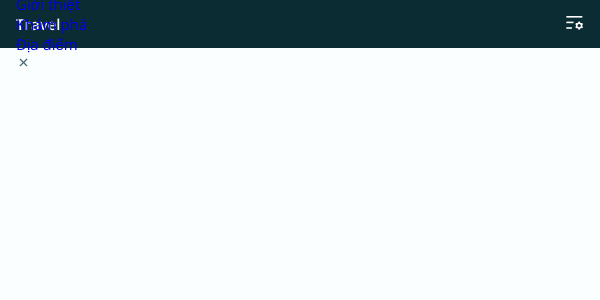
Repository: haokiet2501/travel-demo
Page: index.html
These files come from the project's save history. The page is drawn as it stood at one moment and after the next save; the edit follows.
The browser window is 600 px wide. The pictures show the whole page.

Above is the page before, as saved 2021-09-21 10:07:23.

### index.html
<!DOCTYPE html>
<html lang="en">
<head>
    <meta charset="UTF-8">
    <meta http-equiv="X-UA-Compatible" content="IE=edge">
    <meta name="viewport" content="width=device-width, initial-scale=1.0">
    <link href="https://cdn.jsdelivr.net/npm/remixicon@2.5.0/fonts/remixicon.css" rel="stylesheet">
    <link rel="stylesheet" href="/css/style.css">
    <title>Website Travel</title>
</head>

<body>
    <header class="header" id="header">
        <nav class="nav container">
            <a href="#" class="nav__logo">Travel</a>

            <div class="nav__menu" id="nav-menu">
                <ul class="nav__list">
                    <li class="nav__item">
                        <a href="#home" class="nav__link">Trang chủ</a>
                    </li>
                    <li class="nav__item">
                        <a href="#about" class="nav__link">Giới thiệt</a>
                    </li>
                    <li class="nav__item">
                        <a href="#discover" class="nav__link">Khám phá</a>
                    </li>
                    <li class="nav__item">
                        <a href="#place" class="nav__link">Địa điểm</a>
                    </li>
                </ul>

                <i class="ri-close-line nav__close" id="nav-close"></i>
            </div>

            <div class="nav__toggle" id="nav-toggle">
                <i class="ri-list-settings-line"></i>
            </div>
        </nav>
    </header>
</body>

</html>

### css/style.css
/* Google Font */
@import url('https://fonts.googleapis.com/css2?family=Open+Sans:wght@400;600&family=Raleway:wght@500;600;700&display=swap');

/* Variables css */
:root {
    --header-height: 3rem;

    /* Colors */
    --hue-color: 190;

    /* HSL color mode */
    --first-color: hsl(var(--hue-color), 64%, 12%);
    --first-color-second: hsl(var(--hue-color), 64%, 22%);
    --first-color-alt: hsl(var(--hue-color), 64%, 15%);
    --title-color: hsl(var(--hue-color), 64%, 18%);
    --text-color: hsl(var(--hue-color), 24%, 35%);
    --text-color-light: hsl(var(--hue-color), 8%, 60%);
    --input-color: hsl(var(--hue-color), 24%, 97%);
    --body-color: hsl(var(--hue-color), 100%, 99%);
    --white-color: #FFF;
    --scroll-bar-color: hsl(var(--hue-color), 12%, 90%);
    --scroll-thumb-color: hsl(var(--hue-color), 12%, 75%);

    /* Font and typography */
    --body-font: 'Open Sans', sans-serif;
    --title-font: 'Raleway', sans-serif;
    --biggest-font-size: 2.5rem;
    --h1-font-size: 1.5rem;
    --h2-font-size: 1.25rem;
    --h3-font-size: 1rem;
    --normal-font-size: .938rem;
    --small-font-size: .813rem;
    --smaller-font-size: .75rem;

    /* Font Weight */
    --font-medium: 500;
    --font-semi-bold: 600;

    /* Margin Bottom */
    --mb-0-25: .25rem;
    --mb-0-5: .5rem;
    --mb-0-75: .75rem;
    --mb-1: 1rem;
    --mb-1-25: 1.25rem;
    --mb-1-5: 1.5rem;
    --mb-2: 2rem;
    --mb-2-5: 2.5rem;

    /* Z-index */
    --z-tooltip: 10;
    --z-fixed: 100;

    /* Hover overlay */
    --img-transition: .3s;
    --img-hidden: hidden;
    --img-scale: scale(1.1);
}

@media screen and (min-width: 960px) {
    :root {
        --biggest-font-size: 4rem;
        --h1-font-size: 2.25rem;
        --h2-font-size: 1.75rem;
        --h3-font-size: 1.25rem;
        --normal-font-size: 1rem;
        --small-font-size: .875rem;
        --smaller-font-size: .813rem;
    }
}

/* Base */
* {
    padding: 0;
    margin: 0;
    box-sizing: border-box;
}

html {
    scroll-behavior: smooth;
}

body {
    margin: var(--header-height) 0 0 0;
    font-family: var(--body-font);
    font-size: var(--normal-font-size);
    background-color: var(--body-color);
    color: var(--text-color);
}

h1,h2,h3 {
    color: var(--title-color);
    font-weight: var(--font-semi-bold);
    font-family: var(--title-font);
}

ul {
    list-style: none;
}

a {
    text-decoration: none;
}

img, video {
    max-width: 100%;
    height: auto;
}

button, input {
    border: none;
    font-family: var(--body-font);
    font-size: var(--normal-font-size);
}

button {
    cursor: pointer;
}

input {
    outline: none;
}

/* Reusable css classed */
.section {
    padding: 4.5rem 0 2.5rem;
}

.section__title {
    font-size: var(--h2-font-size);
    color: var(--title-color);
    text-align: center;
    text-transform: capitalize;
    margin-bottom: var(--mb-2);
}

.container {
    max-width: 960px;
    margin-left: var(--mb-1);
    margin-right: var(--mb-1);
}

.grid {
    display: grid;
    gap: 1.5rem;
}

/* HEADER */
.header {
    width: 100%;
    position: fixed;
    top: 0;
    left: 0;
    z-index: var(--z-fixed);
    background-color: var(--first-color);
}

/* NAV */
.nav {
    display: flex;
    justify-content: space-between;
    align-items: center;
    height: var(--header-height);
}

.nav__logo, .nav__toggle {
    color: var(--white-color);
}

.nav__logo {
    font-weight: var(--font-semi-bold);
}

.nav__toggle {
    font-size: 1.2rem;
    cursor: pointer;
}

.nav__menu {
    position: relative;
}

@media screen and (max-width: 767px) {
    .nav__menu {
        position: fixed;
        background-color: ;
    }
}

After the next save:
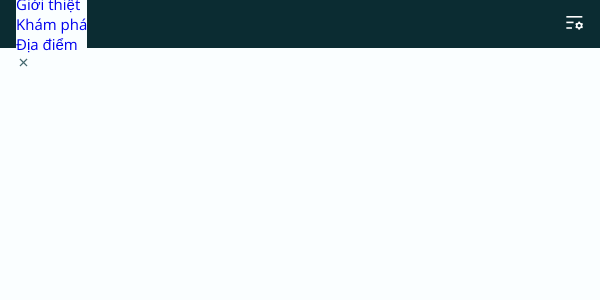
Saved 4 s later.
--- a/css/style.css
+++ b/css/style.css
@@ -182,6 +182,6 @@ input {
 @media screen and (max-width: 767px) {
     .nav__menu {
         position: fixed;
-        background-color: ;
+        background-color: var(--body-color);
     }
 }
